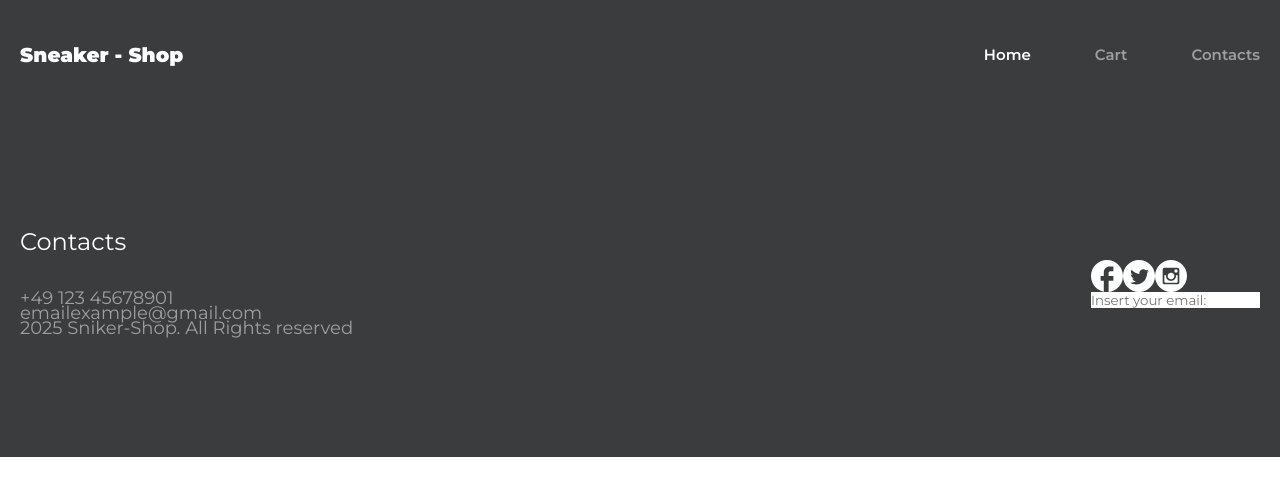
Repository: IstratiiNik/sneaker-shop
Page: /
The author's editor kept a copy of each file at every save. The page is drawn from the files as they stood at one save, then again after the next save.
The browser window is 1280 px wide. The pictures show the whole page.
The project was rebuilt for these pictures with package versions that can differ from the ones it lists, and the page was loaded fresh each time. Also part of the build but not shown: vite.config.js.

Above is the page before, as saved 2025-07-01 14:17:50.

After the next save:
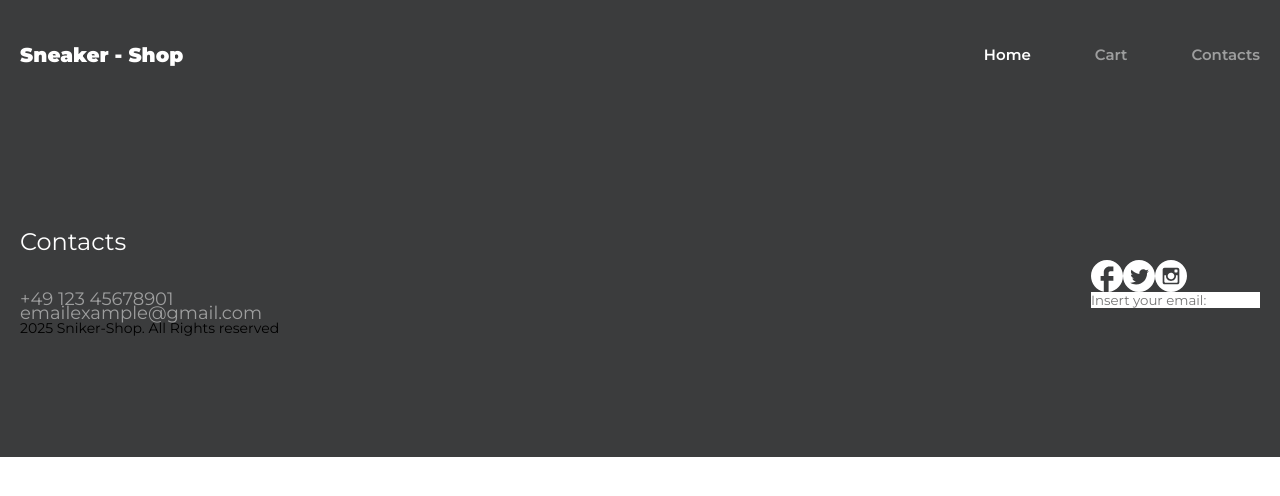
Saved 18 s later.
--- a/src/components/Footer/Footer.module.scss
+++ b/src/components/Footer/Footer.module.scss
@@ -21,7 +21,7 @@
     margin-bottom: 40px;
   }
 
-  p {
+  div {
     color: rgba(255, 255, 255, 0.5);
     font-size: 18px;
     font-weight: 400;
